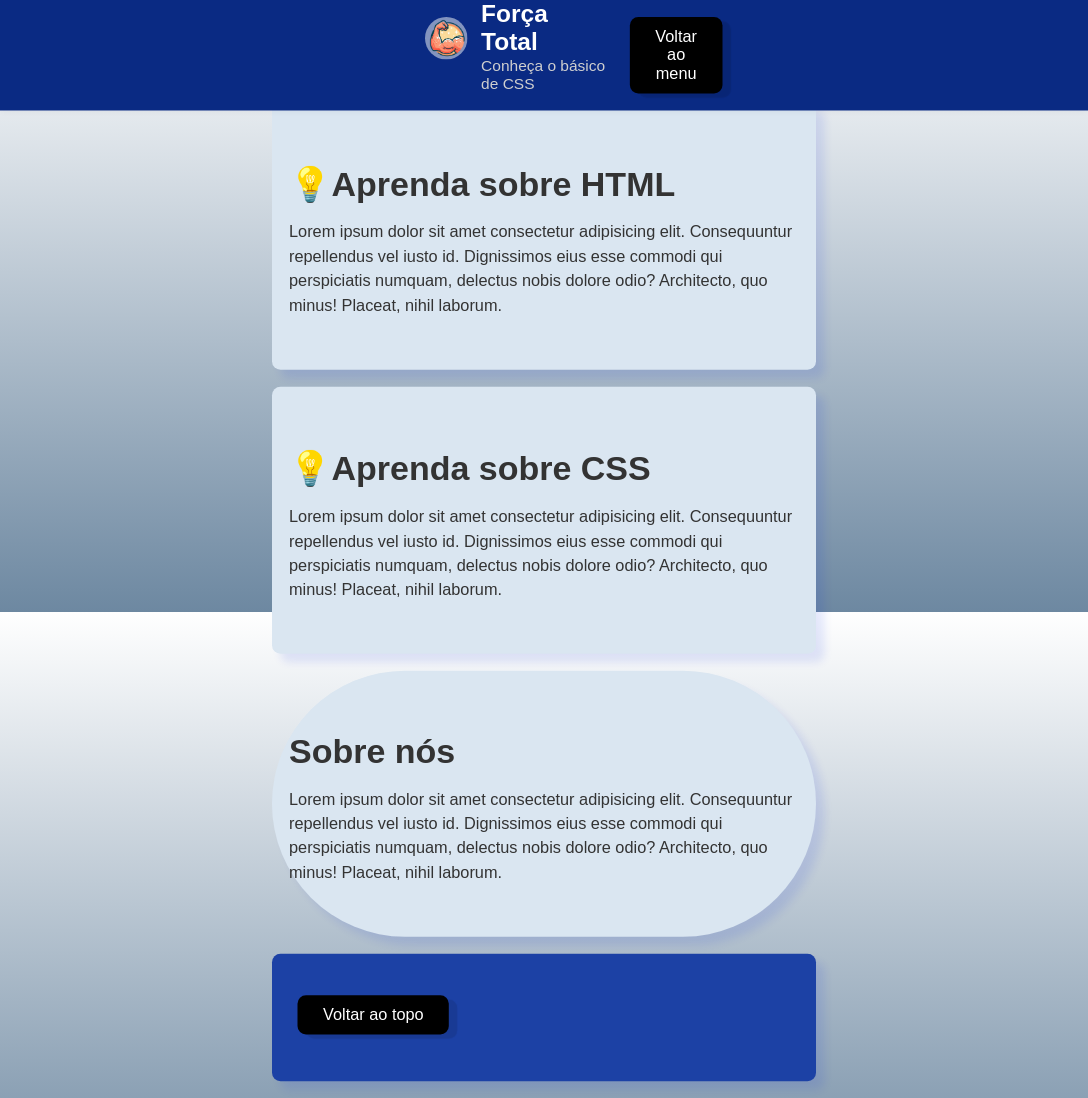
Repository: LuidyOn/Site_Forca_Total
Page: ForçaTotal/paginas/outros.html
The author's editor kept a copy of each file at every save. The page is drawn from the files as they stood at one save, then again after the next save.
The browser window is 1280 px wide. The pictures show the whole page, at 85% of full size.
Backgrounds fixed to the window are drawn as part of the page.

Above is the page before, as saved 2025-05-19 20:08:36.

### ForçaTotal/paginas/outros.html
<!DOCTYPE html>
<html lang="pt-br">
<head>
  <meta charset="UTF-8">
  <meta name="viewport" content="width=device-width, initial-scale=1.0">
  <title>Força Total</title>
  <link rel="shortcut icon" href="favicon.ico" type="image/x-icon">
  <link rel="stylesheet" href="../css/style.css">
</head>
<body>
  <header>
    <div style="display: flex; align-items: center; gap: 16px;">
      <img src="../img/logo.jpg" alt="Imagem logo" style="height: 50px; width: auto; margin-left: 480px;">
      <div style="text-align: left;">
        <h1 style="margin: 0; font-size: 1.5em;">Força Total</h1>
        <p style="margin: 0; color: rgb(207, 207, 207); font-size: 0.95em;">Conheça o básico de CSS</p>
      </div>
    </div>
    <span style="flex: 1; display: flex; justify-content: center; gap: 8px; margin-right: 400px;" >
      <a href="../index.html"><button id="botao">Voltar ao menu</button></a>
    </span>
  </header>

  <div style="height: 100px;"></div>

<section>

<H1>💡Aprenda sobre HTML</H1>
<p>Lorem ipsum dolor sit amet consectetur adipisicing elit. Consequuntur repellendus vel iusto id. Dignissimos eius esse commodi qui perspiciatis numquam, delectus nobis dolore odio? Architecto, quo minus! Placeat, nihil laborum.</p>

</section>

<section>

<H1>💡Aprenda sobre CSS</H1>
<p>Lorem ipsum dolor sit amet consectetur adipisicing elit. Consequuntur repellendus vel iusto id. Dignissimos eius esse commodi qui perspiciatis numquam, delectus nobis dolore odio? Architecto, quo minus! Placeat, nihil laborum.</p>

</section>

<a href="sobrenos.html" style="text-decoration: none; color: inherit;">
  <section class="clicavel-section">
    <h1>Sobre nós</h1>
    <p>Lorem ipsum dolor sit amet consectetur adipisicing elit. Consequuntur repellendus vel iusto id. Dignissimos eius esse commodi qui perspiciatis numquam, delectus nobis dolore odio? Architecto, quo minus! Placeat, nihil laborum.</p>
  </section>
</a>
<style>
.clicavel-section {
  border-radius: 1000px;
  cursor: pointer;
  transition: transform 0.2s, box-shadow 0.2s;
}
.clicavel-section:hover {
  transform: scale(1.03);
  box-shadow: 0 4px 16px rgba(28, 65, 165, 0.15);
}
</style>

  <section style=" background-color: #1c41a5; padding: 10px; text-align: justify; height: 150px; padding: 1px 20px;">
  <h3 style="text-align: left;">
    <span>
    <a href="sobrenos.html"><button id="botao">Voltar ao topo</button></a>
  </h3>
  </section>

</body>
</html>

### ForçaTotal/css/style.css
/* Resetando algumas margens e paddings padrão */
@charset "UTF-8";

* {
  margin: 100;
  padding: 0;
  box-sizing: border-box;

}

body {
  font-family: 'Arial', sans-serif;
  text-align: left;
  background-image: linear-gradient(to bottom, #ffffff, #6d88a1);
  background-attachment: fixed;
  margin: 0;
  padding: 0;
  color: #333;
  width: 100vw;
  min-height: 100vh;
}

header {
  display: flex;
  align-items: center;
  justify-content: center;
  gap: 16px;
  position: fixed;
  top: -20px;
  left: 0;
  width: 100%;
  background: #10315e;
  z-index: 1000;
  box-shadow: 0 2px 8px rgba(0,0,0,0.05);
  background-color: #0a2a83;
  color: white;
  text-align: center;
  padding: 20px;
  font-size: 1.2rem;
}

header img {
  width: 150px;
  margin-bottom: 20px;
  border-radius: 50%;
}

h1 {
  font-size: 2.5rem;
  margin-bottom: 10px;
  font-weight: bold;
}

h2 {
  font-size: 2rem;
  margin-bottom: 10px;
  font-weight: bold;
}

h3 {
  font-size: 1.8rem;
  margin-bottom: 10px;
  font-weight: 300;
  text-align: center;
}

h4 {
  font-size: 1.5rem;
  margin-bottom: 10px;
  font-weight: 300;
  margin-left: 10px;
}

h5 {
  font-size: 1.3rem;
  margin-bottom: 10px;
  font-weight: 300;
  margin-left: 20px;
}

ul {
  padding: 0;
  margin-left: 100px;
}
ol {
  list-style-type: decimal;
  margin: 0;
}

p {
  font-size: 1.2rem;
  font-weight: 300;
}

section {
  padding: 40px 20px;
  background-color: #dae6f1;
  margin: 20px 0;
  border-radius: 10px;
  box-shadow: 10px 10px 10px rgba(0, 42, 228, 0.1);
  width: 50%;
  margin-left: auto;
  margin-right: auto;
  display: block;
  align-items: center;
  justify-content: space-between;
}

.variacao {
  background-color: rgba(99, 173, 219, 0.262);
}

.clicavel {
  cursor: pointer;
  transition: background-color 0.3s ease;
}

section h2 {
  font-size: 2rem;
  margin-bottom: 10px;
  color: rgb(24, 20, 11);
}

section p {
  font-size: 1.2rem;
  line-height: 1.5;
  margin-bottom: 20px;
}

section img {
  width: 25%;
  max-width: 600px;
  border-radius: 10px;
  box-shadow: 0px 4px 6px rgba(0, 0, 0, 0.1);
  margin-left: px;
}

button {
  padding: 12px 30px;
  font-size: 1.2rem;
  background-color: #000000;
  color: white;
  border: none;
  border-radius: 10px;
  cursor: pointer;
  transition: background-color 0.3s ease, transform 0.2s ease;
  margin-top: 20px;
  margin-left: 10px;
  margin-right: 10px;
  box-shadow: 10px 5px 1px rgba(0, 0, 0, 0.1);

}

button:hover {
  background-color: #325f90;
  transform: translateY(-2px);
}

button:active {
  transform: translateY(0);
}

footer {
  background-color: #222;
  color: white;
  padding: 20px;
  font-size: 1rem;
  text-align: center;
  margin-top: 40px;
  left: 0;
  bottom: 0;
  width: 100vw;
  z-index: 100;
}

footer p {
  font-weight: 300;
  margin-left: -1000px;

}

@media screen and (max-width: 768px) {
  header h1 {
      font-size: 2rem;
  }

  section h2 {
      font-size: 1.8rem;
  }

  button {
      padding: 10px 25px;
  }
}

After the next save:
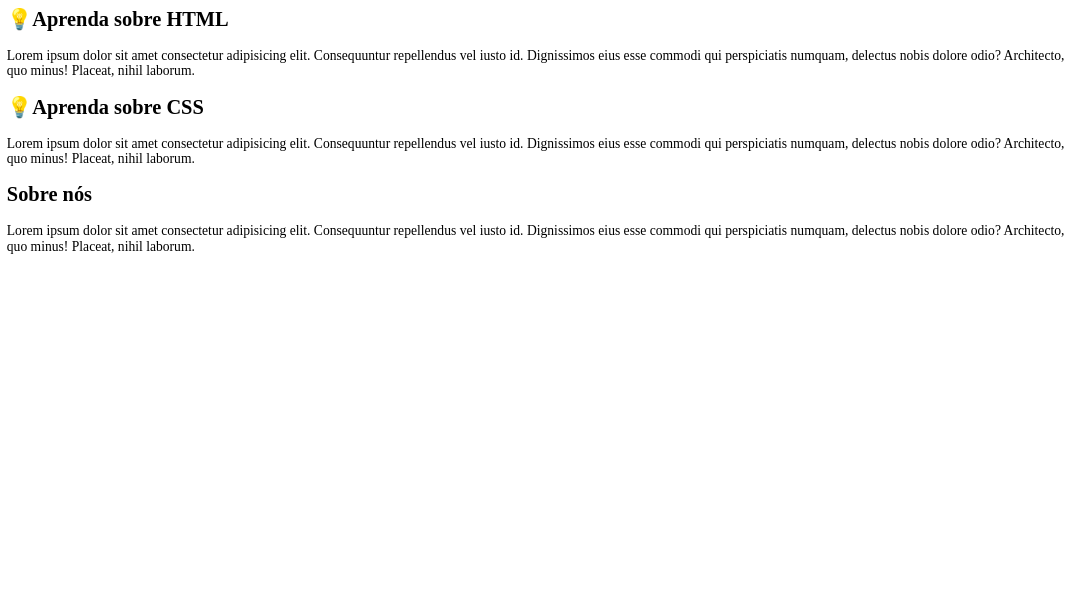
Saved 2 days later.
--- a/ForçaTotal/paginas/outros.html
+++ b/ForçaTotal/paginas/outros.html
@@ -1,41 +1,16 @@
-<!DOCTYPE html>
-<html lang="pt-br">
-<head>
-  <meta charset="UTF-8">
-  <meta name="viewport" content="width=device-width, initial-scale=1.0">
-  <title>Força Total</title>
-  <link rel="shortcut icon" href="favicon.ico" type="image/x-icon">
-  <link rel="stylesheet" href="../css/style.css">
-</head>
-<body>
-  <header>
-    <div style="display: flex; align-items: center; gap: 16px;">
-      <img src="../img/logo.jpg" alt="Imagem logo" style="height: 50px; width: auto; margin-left: 480px;">
-      <div style="text-align: left;">
-        <h1 style="margin: 0; font-size: 1.5em;">Força Total</h1>
-        <p style="margin: 0; color: rgb(207, 207, 207); font-size: 0.95em;">Conheça o básico de CSS</p>
-      </div>
-    </div>
-    <span style="flex: 1; display: flex; justify-content: center; gap: 8px; margin-right: 400px;" >
-      <a href="../index.html"><button id="botao">Voltar ao menu</button></a>
-    </span>
-  </header>
+<a href="html.html" style="text-decoration: none; color: inherit;">
+  <section class="clicavel-section">
+    <h1>💡Aprenda sobre HTML</h1>
+    <p>Lorem ipsum dolor sit amet consectetur adipisicing elit. Consequuntur repellendus vel iusto id. Dignissimos eius esse commodi qui perspiciatis numquam, delectus nobis dolore odio? Architecto, quo minus! Placeat, nihil laborum.</p>
+  </section>
+</a>
 
-  <div style="height: 100px;"></div>
-
-<section>
-
-<H1>💡Aprenda sobre HTML</H1>
-<p>Lorem ipsum dolor sit amet consectetur adipisicing elit. Consequuntur repellendus vel iusto id. Dignissimos eius esse commodi qui perspiciatis numquam, delectus nobis dolore odio? Architecto, quo minus! Placeat, nihil laborum.</p>
-
-</section>
-
-<section>
-
-<H1>💡Aprenda sobre CSS</H1>
-<p>Lorem ipsum dolor sit amet consectetur adipisicing elit. Consequuntur repellendus vel iusto id. Dignissimos eius esse commodi qui perspiciatis numquam, delectus nobis dolore odio? Architecto, quo minus! Placeat, nihil laborum.</p>
-
-</section>
+<a href="css.html" style="text-decoration: none; color: inherit;">
+  <section class="clicavel-section">
+    <h1>💡Aprenda sobre CSS</h1>
+    <p>Lorem ipsum dolor sit amet consectetur adipisicing elit. Consequuntur repellendus vel iusto id. Dignissimos eius esse commodi qui perspiciatis numquam, delectus nobis dolore odio? Architecto, quo minus! Placeat, nihil laborum.</p>
+  </section>
+</a>
 
 <a href="sobrenos.html" style="text-decoration: none; color: inherit;">
   <section class="clicavel-section">
@@ -43,24 +18,3 @@
     <p>Lorem ipsum dolor sit amet consectetur adipisicing elit. Consequuntur repellendus vel iusto id. Dignissimos eius esse commodi qui perspiciatis numquam, delectus nobis dolore odio? Architecto, quo minus! Placeat, nihil laborum.</p>
   </section>
 </a>
-<style>
-.clicavel-section {
-  border-radius: 1000px;
-  cursor: pointer;
-  transition: transform 0.2s, box-shadow 0.2s;
-}
-.clicavel-section:hover {
-  transform: scale(1.03);
-  box-shadow: 0 4px 16px rgba(28, 65, 165, 0.15);
-}
-</style>
-
-  <section style=" background-color: #1c41a5; padding: 10px; text-align: justify; height: 150px; padding: 1px 20px;">
-  <h3 style="text-align: left;">
-    <span>
-    <a href="sobrenos.html"><button id="botao">Voltar ao topo</button></a>
-  </h3>
-  </section>
-
-</body>
-</html>

After the save that followed:
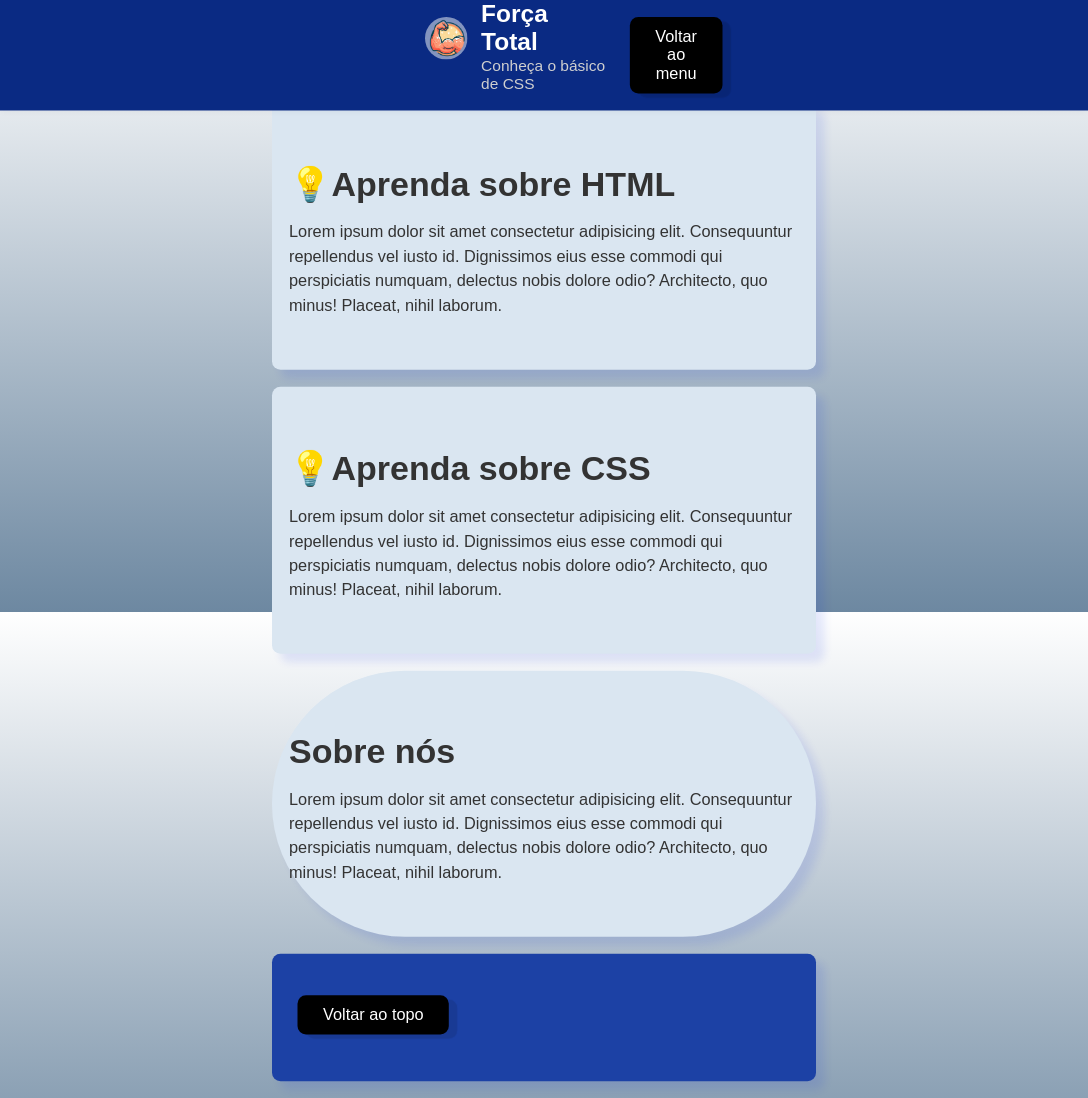
Saved 24 s later.
--- a/ForçaTotal/paginas/outros.html
+++ b/ForçaTotal/paginas/outros.html
@@ -1,16 +1,41 @@
-<a href="html.html" style="text-decoration: none; color: inherit;">
-  <section class="clicavel-section">
-    <h1>💡Aprenda sobre HTML</h1>
-    <p>Lorem ipsum dolor sit amet consectetur adipisicing elit. Consequuntur repellendus vel iusto id. Dignissimos eius esse commodi qui perspiciatis numquam, delectus nobis dolore odio? Architecto, quo minus! Placeat, nihil laborum.</p>
-  </section>
-</a>
+<!DOCTYPE html>
+<html lang="pt-br">
+<head>
+  <meta charset="UTF-8">
+  <meta name="viewport" content="width=device-width, initial-scale=1.0">
+  <title>Força Total</title>
+  <link rel="shortcut icon" href="favicon.ico" type="image/x-icon">
+  <link rel="stylesheet" href="../css/style.css">
+</head>
+<body>
+  <header>
+    <div style="display: flex; align-items: center; gap: 16px;">
+      <img src="../img/logo.jpg" alt="Imagem logo" style="height: 50px; width: auto; margin-left: 480px;">
+      <div style="text-align: left;">
+        <h1 style="margin: 0; font-size: 1.5em;">Força Total</h1>
+        <p style="margin: 0; color: rgb(207, 207, 207); font-size: 0.95em;">Conheça o básico de CSS</p>
+      </div>
+    </div>
+    <span style="flex: 1; display: flex; justify-content: center; gap: 8px; margin-right: 400px;" >
+      <a href="../index.html"><button id="botao">Voltar ao menu</button></a>
+    </span>
+  </header>
 
-<a href="css.html" style="text-decoration: none; color: inherit;">
-  <section class="clicavel-section">
-    <h1>💡Aprenda sobre CSS</h1>
-    <p>Lorem ipsum dolor sit amet consectetur adipisicing elit. Consequuntur repellendus vel iusto id. Dignissimos eius esse commodi qui perspiciatis numquam, delectus nobis dolore odio? Architecto, quo minus! Placeat, nihil laborum.</p>
-  </section>
-</a>
+  <div style="height: 100px;"></div>
+
+<section>
+
+<H1>💡Aprenda sobre HTML</H1>
+<p>Lorem ipsum dolor sit amet consectetur adipisicing elit. Consequuntur repellendus vel iusto id. Dignissimos eius esse commodi qui perspiciatis numquam, delectus nobis dolore odio? Architecto, quo minus! Placeat, nihil laborum.</p>
+
+</section>
+
+<section>
+
+<H1>💡Aprenda sobre CSS</H1>
+<p>Lorem ipsum dolor sit amet consectetur adipisicing elit. Consequuntur repellendus vel iusto id. Dignissimos eius esse commodi qui perspiciatis numquam, delectus nobis dolore odio? Architecto, quo minus! Placeat, nihil laborum.</p>
+
+</section>
 
 <a href="sobrenos.html" style="text-decoration: none; color: inherit;">
   <section class="clicavel-section">
@@ -18,3 +43,24 @@
     <p>Lorem ipsum dolor sit amet consectetur adipisicing elit. Consequuntur repellendus vel iusto id. Dignissimos eius esse commodi qui perspiciatis numquam, delectus nobis dolore odio? Architecto, quo minus! Placeat, nihil laborum.</p>
   </section>
 </a>
+<style>
+.clicavel-section {
+  border-radius: 1000px;
+  cursor: pointer;
+  transition: transform 0.2s, box-shadow 0.2s;
+}
+.clicavel-section:hover {
+  transform: scale(1.03);
+  box-shadow: 0 4px 16px rgba(28, 65, 165, 0.15);
+}
+</style>
+
+  <section style=" background-color: #1c41a5; padding: 10px; text-align: justify; height: 150px; padding: 1px 20px;">
+  <h3 style="text-align: left;">
+    <span>
+    <a href="sobrenos.html"><button id="botao">Voltar ao topo</button></a>
+  </h3>
+  </section>
+
+</body>
+</html>
